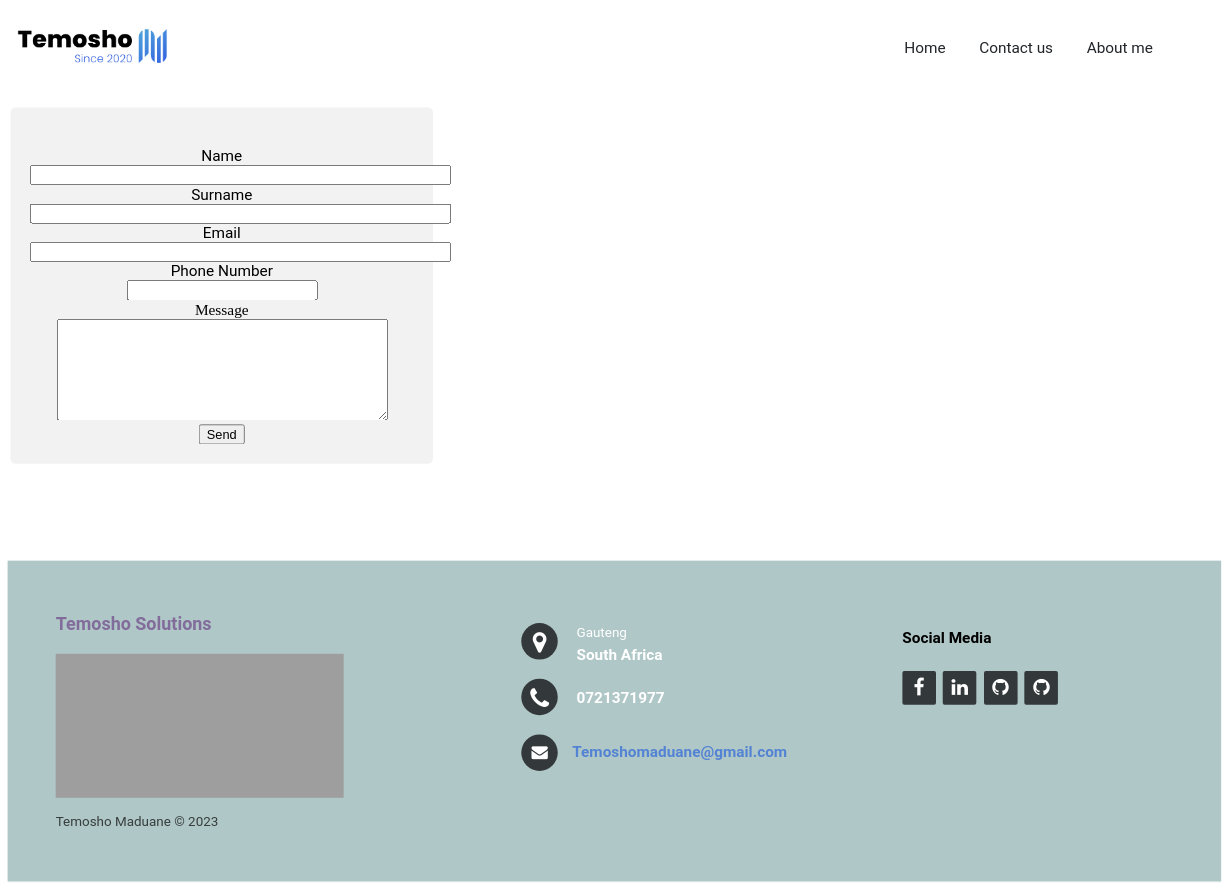
Repository: TemoshoS/T-Shaku
Page: contact.html
An editor plug-in stored every save of this project. The page is shown before and after the next save, followed by the edit.
The browser window is 1280 px wide. The pictures show the whole page, at 96% of full size.
Pictures or frames that could not be fetched are drawn as grey boxes. Some web libraries are served in a nearby version.

Above is the page before, as saved 2023-09-28 14:17:08.
Console error: TypeError: Cannot set properties of null (setting 'innerHTML')

### contact.html
<!DOCTYPE html>
<html>

    <title>
        Contact details
    </title>
    <link rel="stylesheet" href="http://maxcdn.bootstrapcdn.com/font-awesome/4.2.0/css/font-awesome.min.css">
    <link href="http://fonts.googleapis.com/css?family=Cookie" rel="stylesheet" type="text/css">
	  <link rel="stylesheet" href="./css/style.css">


<body>
<!--Navigation bar-->
    <head>
        <div>
          <table style="width: 100%;">
            <tr>
              <td>

                  <img src="./images/logo.png" alt="No Logo" style="height: 50px;"  />

              </td>
              <td align="right">
                <nav
                  style=" margin-right: 50px; margin-top: 16px; margin-bottom: 16px; margin-left: 50px; "
                >
                <ul>
                    <a href="index.html" class="nav-link">Home</a>
                    <a href="#" class="nav-link"> Contact us</a>
                    <a href="about.html" class="nav-link">About me</a>
                </ul>
                </nav>
              </td>
            </tr>
          </table>
        </div>
      </head>






    <main style="text-align:center;">



<br>
 <!--Contact details-->
 <table>
  <tr>
    <td>
 <div class="contactform">
<h1 ></h1>
<form
  action="https://formspree.io/f/xqknqbyv"
  method="POST"

>

<label >Name</label></br>
    <input type="text" name="text" size="50" required="true" ></br>

<label >Surname</label></br>
    <input type="text" name="text" size="50" required="true" ></br>

<label >Email</label></br>
    <input type="email" name="email" size="50" required="true" ></br>

<label >Phone Number</label></br>
    <input type="number" name="number"  required="true"></br>

  <label ></label>Message</br>
    <textarea name="message" size="50" required style="width: 339px;height: 100px;"></textarea></br>


  <button type="submit">Send</button>
</form>
</div>

</td>
</tr>
</table>

</br>


    </main>

    <footer class="footer-distributed">
      <div class="footer-left">

          <h3><span>Temosho Solutions</span></h3>
          <p class="footer-links">
            <iframe src="https://www.google.com/maps/embed?pb=!1m18!1m12!1m3!1d57373.12731923028!2d28.183328280934226!3d-26.00669819115315!2m3!1f0!2f0!3f0!3m2!1i1024!2i768!4f13.1!3m3!1m2!1s0x1e956bed9ab01b69%3A0xc853e498933bab2e!2sTembisa%2C%201632!5e0!3m2!1sen!2sza!4v1676883111483!5m2!1sen!2sza"  width="300" height="150" style="border:0;" allowfullscreen="" loping="lazy"></iframe>


          </p>


          <p class="footer-portfolio-name">Temosho Maduane &copy; 2023</p>
      </div>

      <div class="footer-center">

          <div>
              <i class="fa fa-map-marker"></i>
              <p><span>Gauteng</span>South Africa</p>
          </div>
          <div>
              <i class="fa fa-phone"></i>
              <p>0721371977</p>
          </p>

          </div>
          <div>

              <p><a href="temoshomaduane@gmail.com"><i class="fa fa-envelope"></i>Temoshomaduane@gmail.com</a>
              </p>
          </div>
      </div>

      <div class="footer-right">
              <p >
                  Social Media
              </p>

              <div class="footer-icons">
                  <a href="https://m.facebook.com/temosho.shaku"><i class="fa fa-facebook"></i></a>
                  <a href="https://www.linkedin.com/mwlite/in/temosho-shaku-a2598917b"><i class="fa fa-linkedin"></i></a>
                  <a href="https://github.com/TemoshoS"><i class="fa fa-github"></i></a>
                  <a href="https://api.whatsapp.com/send?phone=27 721371977"><i class="fa fa-github"></i></a>

              </div>

      </div>
  </footer>
  <script src="./javascript/contact.js"></script>

</body>
</html>

### css/style.css
/*Navigation bar*/
.nav-link {
	text-decoration: none;
	display: inline-block;
	padding: 13px 13px;
	color: #212529;
	margin-right: 5px;
  }

  .nav-link:hover {
	text-decoration:none;
	border-bottom: 2px solid #84e7ee;
  }


@import url("https://fonts.googleapis.com/css2?family=Roboto:wght@100&display=swap");
h1,
h2,
h3,
h4,
h5,
h6,
p,
a,
label,
address,
input {
	font-family: "Roboto", sans-serif;
}

/*button*/

.buttonmore {
	padding: 0.6em 2em;
	border: none;
	outline: none;
	color: rgb(255, 255, 255);
	cursor: pointer;
	position: relative;
	z-index: 0;
	border-radius: 10px;
	user-select: none;
	-webkit-user-select: none;
	touch-action: manipulation;
  }

  .buttonmore:before {
	content: "";
	background: linear-gradient(
	  45deg,
	  #ff0000,
	  #ff7300,
	  #fffb00,
	  #48ff00,
	  #00ffd5,
	  #002bff,
	  #7a00ff,
	  #ff00c8,
	  #ff0000
	);
	position: absolute;
	top: -2px;
	left: -2px;
	background-size: 400%;
	z-index: -1;
	filter: blur(5px);
	-webkit-filter: blur(5px);
	width: calc(100% + 4px);
	height: calc(100% + 4px);
	animation: glowing-button-85 20s linear infinite;
	transition: opacity 0.3s ease-in-out;
	border-radius: 10px;
  }

  @keyframes glowing-button-85 {
	0% {
	  background-position: 0 0;
	}
	50% {
	  background-position: 400% 0;
	}
	100% {
	  background-position: 0 0;
	}
  }

  .buttonmore:after {
	z-index: -1;
	content: "";
	position: absolute;
	width: 100%;
	height: 100%;
	background: #b0c7c7;
	left: 0;
	top: 0;
	border-radius: 10px;
  }
/*Contact form*/
.contactform {


	border-radius: 5px;
	background-color: #f2f2f2;
	padding: 20px;
	width: 400px;
	margin: auto;

}



.footer-distributed{
	background-color: #b0c7c7;
	box-shadow: 0 1px 1px 0 rgba(5, 110, 52, 0.12);
	box-sizing: border-box;
	width: 100%;
	text-align: left;
	font: bold 16px sans-serif;

	padding: 55px 50px;
	margin-top: 80px;
}

.footer-distributed .footer-left,
.footer-distributed .footer-center,
.footer-distributed .footer-right{
	display: inline-block;
	vertical-align: top;
}

.footer-distributed .footer-left{
	width: 40%;
}

.footer-distributed h3{
	color:  #ffffff;

	margin: 0;
}

.footer-distributed h3 span{
	color:  #826c9b;
}


.footer-distributed .footer-links{
	color:  #ffffff;
	margin: 20px 0 12px;
	padding: 0;
}

.footer-distributed .footer-links a{
	display:inline-block;
	line-height: 1.8;
	text-decoration: none;
	color:  inherit;
}

.footer-distributed .footer-portfolio-name{
	color:  #373d3d;
	font-size: 14px;
	font-weight: normal;
	margin: 0;
}


.footer-distributed .footer-center{
	width: 35%;
}

.footer-distributed .footer-center i{
	background-color:  #33383b;
	color: #ffffff;
	font-size: 25px;
	width: 38px;
	height: 38px;
	border-radius: 50%;
	text-align: center;
	line-height: 42px;
	margin: 10px 15px;
	vertical-align: middle;
}

.footer-distributed .footer-center i.fa-envelope{
	font-size: 17px;
	line-height: 38px;
}

.footer-distributed .footer-center p{
	display: inline-block;
	color: #ffffff;
	vertical-align: middle;
	margin:0;
}

.footer-distributed .footer-center p span{
	display:block;
	font-weight: normal;
	font-size:14px;
	line-height:2;
}

.footer-distributed .footer-center p a{
	color:  #5383d3;
	text-decoration: none;;
}

.footer-distributed .footer-right{
	width: 20%;
}

.footer-distributed .footer-portfolio-about{
	line-height: 20px;
	color:  #92999f;
	font-size: 13px;
	font-weight: normal;
	margin: 0;
}

.footer-distributed .footer-portfolio-about span{
	display: block;
	color:  #ffffff;
	font-size: 14px;
	font-weight: bold;
	margin-bottom: 20px;
}

.footer-distributed .footer-icons{
	margin-top: 25px;
}

.footer-distributed .footer-icons a{
	display: inline-block;
	width: 35px;
	height: 35px;
	cursor: pointer;
	background-color:  #33383b;
	border-radius: 2px;

	font-size: 20px;
	color: #ffffff;
	text-align: center;
	line-height: 35px;

	margin-right: 3px;
	margin-bottom: 5px;
}


@media (max-width: 880px) {

	.footer-distributed{
		font: bold 14px sans-serif;

	}

	.footer-distributed .footer-left,
	.footer-distributed .footer-center,
	.footer-distributed .footer-right{
		display: block;
		width: 100%;
		margin-bottom: 40px;
		text-align: center;
	}

	.footer-distributed .footer-center i{
		margin-left: 0;
	}


}

### javascript/contact.js
document.getElementById("hAdress").innerHTML = "Address";
document.getElementById("address").innerHTML = "<b>1321 winnie mandela zone 5 Tembisa </br> Ekurhuleni Gauteng 1632</b>";


document.getElementById("contactus").innerHTML = "Contact us";
document.getElementById("name").innerHTML = "Name *";
document.getElementById("surname").innerHTML = "Surname *";
document.getElementById("email").innerHTML = "Email *";
document.getElementById("phonenumber").innerHTML = "Phone Number *";
document.getElementById("message").innerHTML = "Your message *";

After the next save:
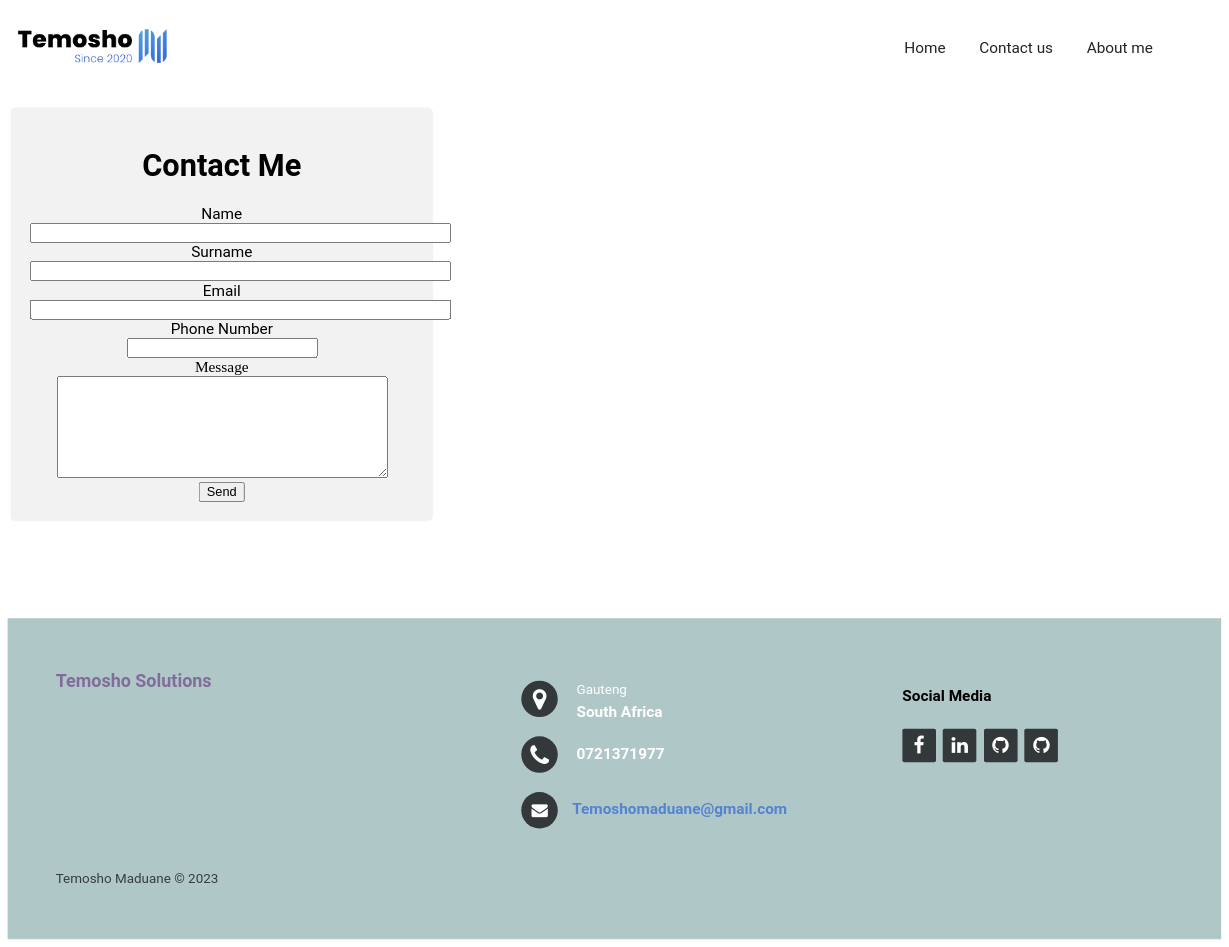
Saved 5 s later.
--- a/contact.html
+++ b/contact.html
@@ -51,7 +51,7 @@
   <tr>
     <td>
  <div class="contactform">
-<h1 ></h1>
+<h1 >Contact Me</h1>
 <form
   action="https://formspree.io/f/xqknqbyv"
   method="POST"
